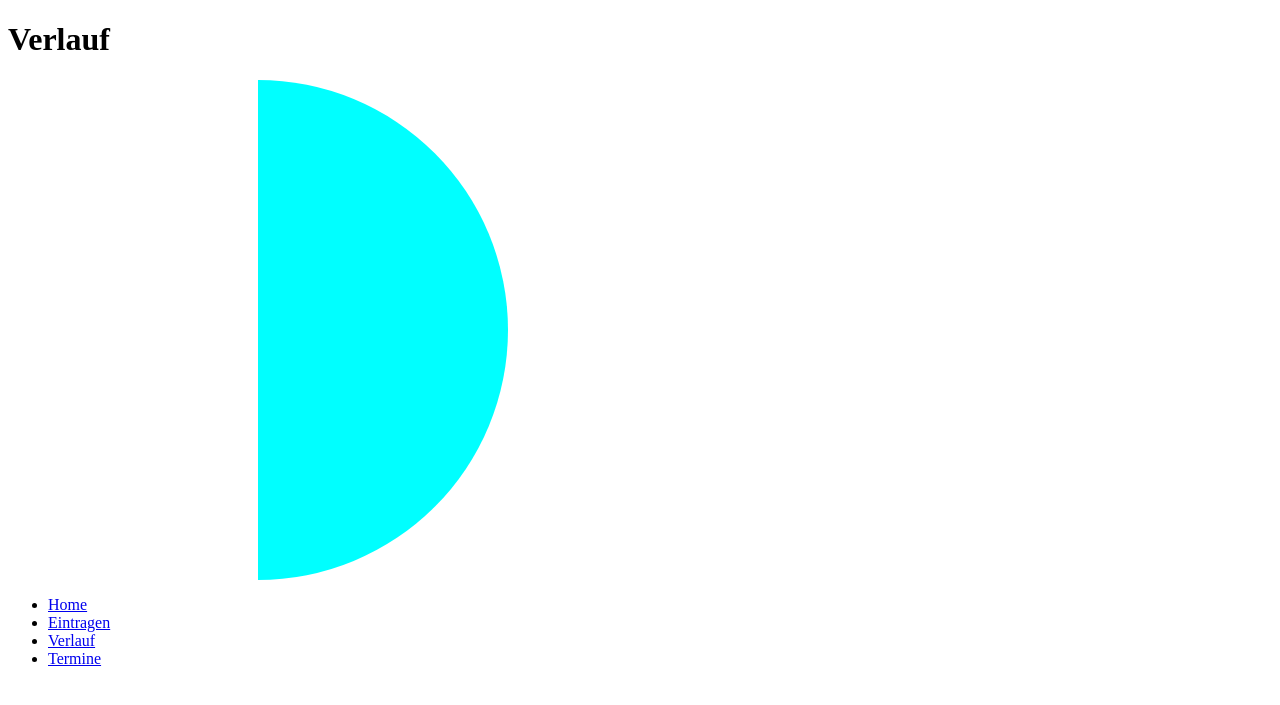
Repository: jakemoes/Pet-Tracker
Page: PWA/trend.html
An editor plug-in stored every save of this project. The page is shown before and after a run of saves, followed by the edit.
The browser window is 1280 px wide. The pictures show the whole page.

Above is the page before, as saved 2024-12-05 01:01:10.

After the next 7 saves:
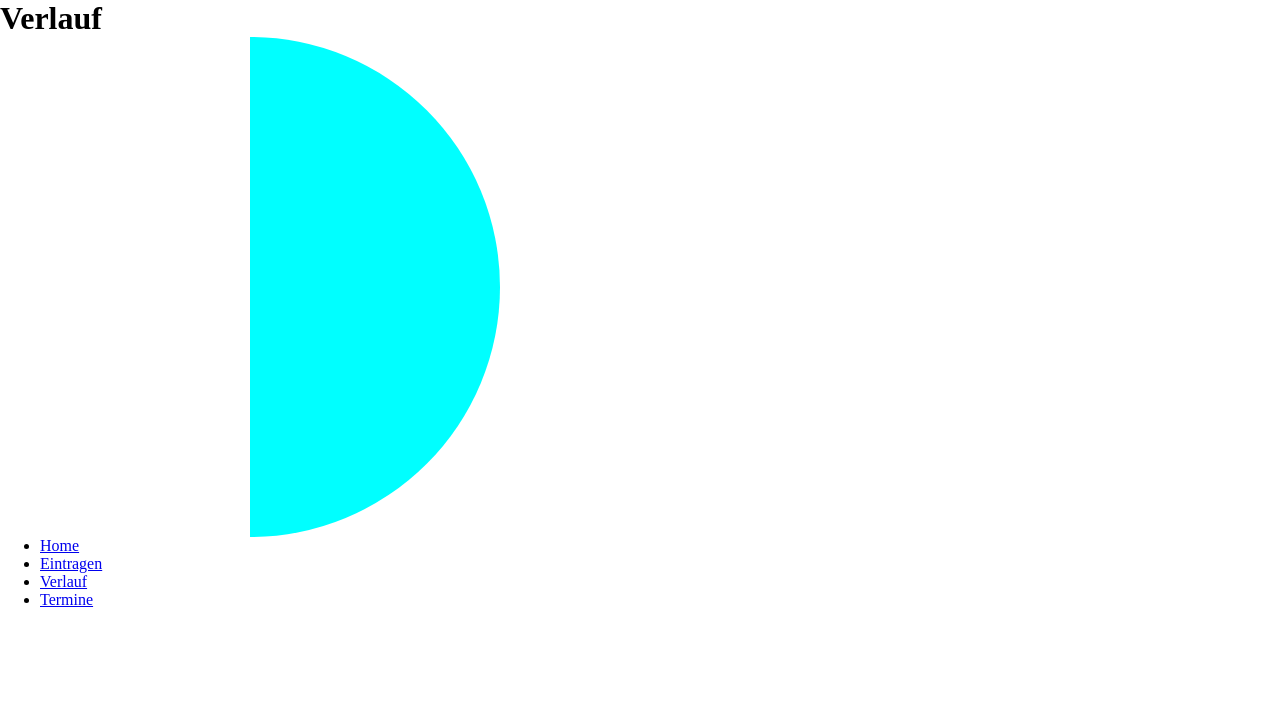
The 7 saves are shown as one change because they came seconds apart.
The last was saved 21 s later.
--- a/PWA/trend.css
+++ b/PWA/trend.css
@@ -1,4 +1,7 @@
-*
+*{
+    margin: 0;
+
+}
 
 
 .container {
